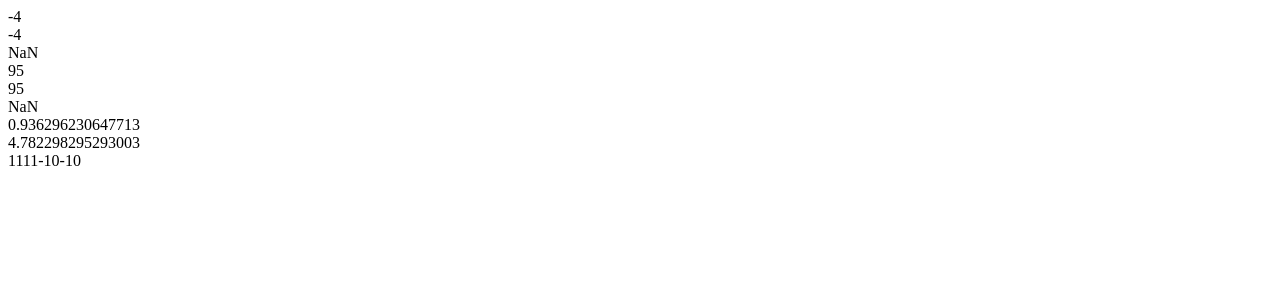
Repository: ady0099/webstudy
Page: 03_javascript/src/main/webapp/day03/ex04_math.html
An editor plug-in stored every save of this project. The page is shown before and after the next save, followed by the edit.
The browser window is 1280 px wide. The pictures show the whole page.

Above is the page before, as saved 2023-06-29 03:04:43.

### 03_javascript/src/main/webapp/day03/ex04_math.html
<!DOCTYPE html>
<html>
	<head>
		<meta charset="UTF-8">
		<title>Math 객체</title>
		<script type="text/javascript">
			/* 주요 메서드
				min, max, random, round, floor, ceil, round
			*/

			// min(...)	: 인자들 중 가작 작은 값
			document.write(Math.min(1,-2,95,-4,40,67)+"<br>");			// -4
			document.write(Math.min(1,-2,95,"-4",40,67)+"<br>");		// -4
			document.write(Math.min(1,-2,95,"hello",40,67)+"<br>");		// NaN

			// max(...)	: 인자들 중 가작 큰 값
			document.write(Math.max(1,-2,95,-4,40,67)+"<br>");			// 95
			document.write(Math.max(1,-2,"95",-4,40,67)+"<br>");		// 95
			document.write(Math.max(1,-2,95,"hello",40,67)+"<br>");		// NaN

			// random() : 난수 발생(0.0 ~ 1.0미만)
			document.write(Math.random()+"<br>");
			document.write((Math.random()*9)+"<br>");	// 0-9까지

			// ceil : 올림
			document.write(Math.ceil(10.65));	// 11
			document.write(Math.ceil(10.45));	// 11
			document.write(Math.ceil(-10.65));	// -10
			document.write(Math.ceil(-10.45));	// -10

			// ceil : 올림

		</script>
	</head>
	<body>

	</body>
</html>

After the next save:
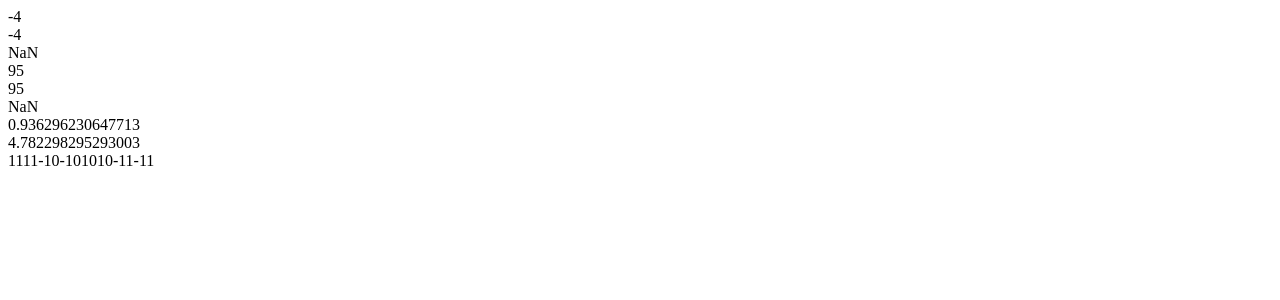
Saved 2 min 7 s later.
--- a/03_javascript/src/main/webapp/day03/ex04_math.html
+++ b/03_javascript/src/main/webapp/day03/ex04_math.html
@@ -22,14 +22,17 @@
 			document.write(Math.random()+"<br>");
 			document.write((Math.random()*9)+"<br>");	// 0-9까지
 
-			// ceil : 올림
+			// ceil : 올림(사이값에서 큰 정수)
 			document.write(Math.ceil(10.65));	// 11
 			document.write(Math.ceil(10.45));	// 11
 			document.write(Math.ceil(-10.65));	// -10
 			document.write(Math.ceil(-10.45));	// -10
 
-			// ceil : 올림
-
+			// floor : 버림(사이값에서 작은 정수)
+			document.write(Math.floor(10.65));	// 10
+			document.write(Math.floor(10.45));	// 10
+			document.write(Math.floor(-10.65));	// -11
+			document.write(Math.floor(-10.45));	// -11
 		</script>
 	</head>
 	<body>
